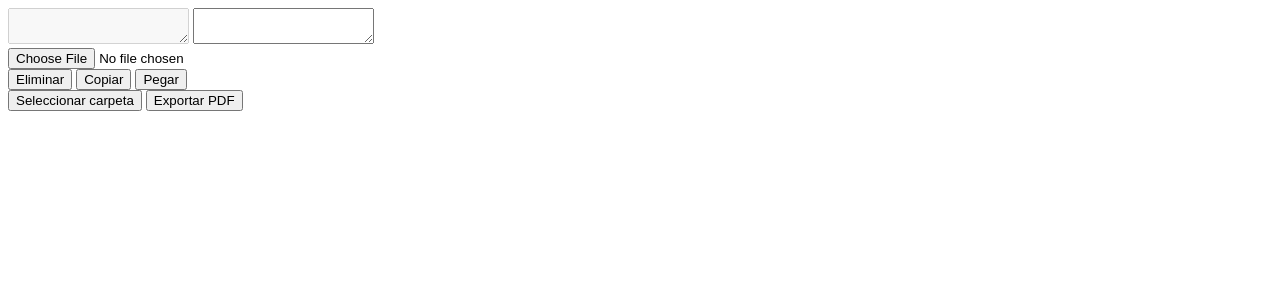
Repository: d3v0l0p3rs/pdf-spliteador
Page: src/index.html
These files come from the project's save history. The page is drawn as it stood at one moment and after the next save; the edit follows.
The browser window is 1280 px wide. The pictures show the whole page.

Above is the page before, as saved 2020-10-21 13:55:24.

After the next save:
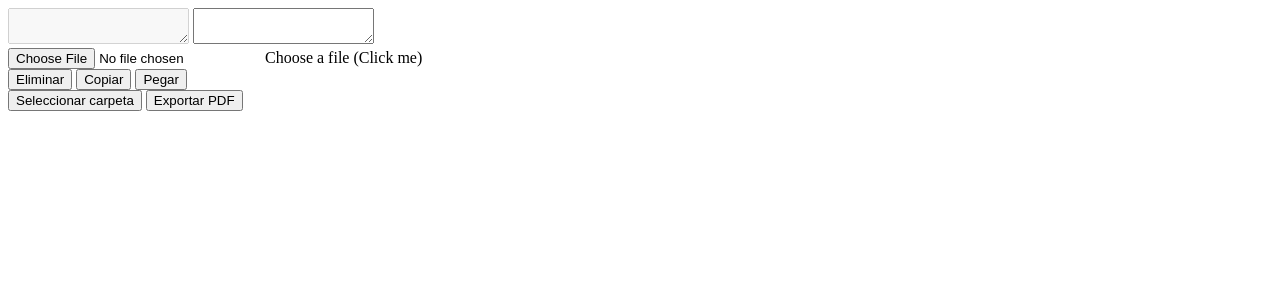
Saved 84 s later.
--- a/src/index.html
+++ b/src/index.html
@@ -12,6 +12,7 @@
       </div>
       <div id="actions">
         <input type="file" id="upload-pdf" accept=".pdf">
+        <label for="upload-pdf">Choose a file (Click me)</label>
         <!-- <button id="upload-pdf" class="action-row">Subir PDF</button> -->
         <div id="text-actions" class="action-row">
           <button id="delete-text" class="text-action">Eliminar</button>
